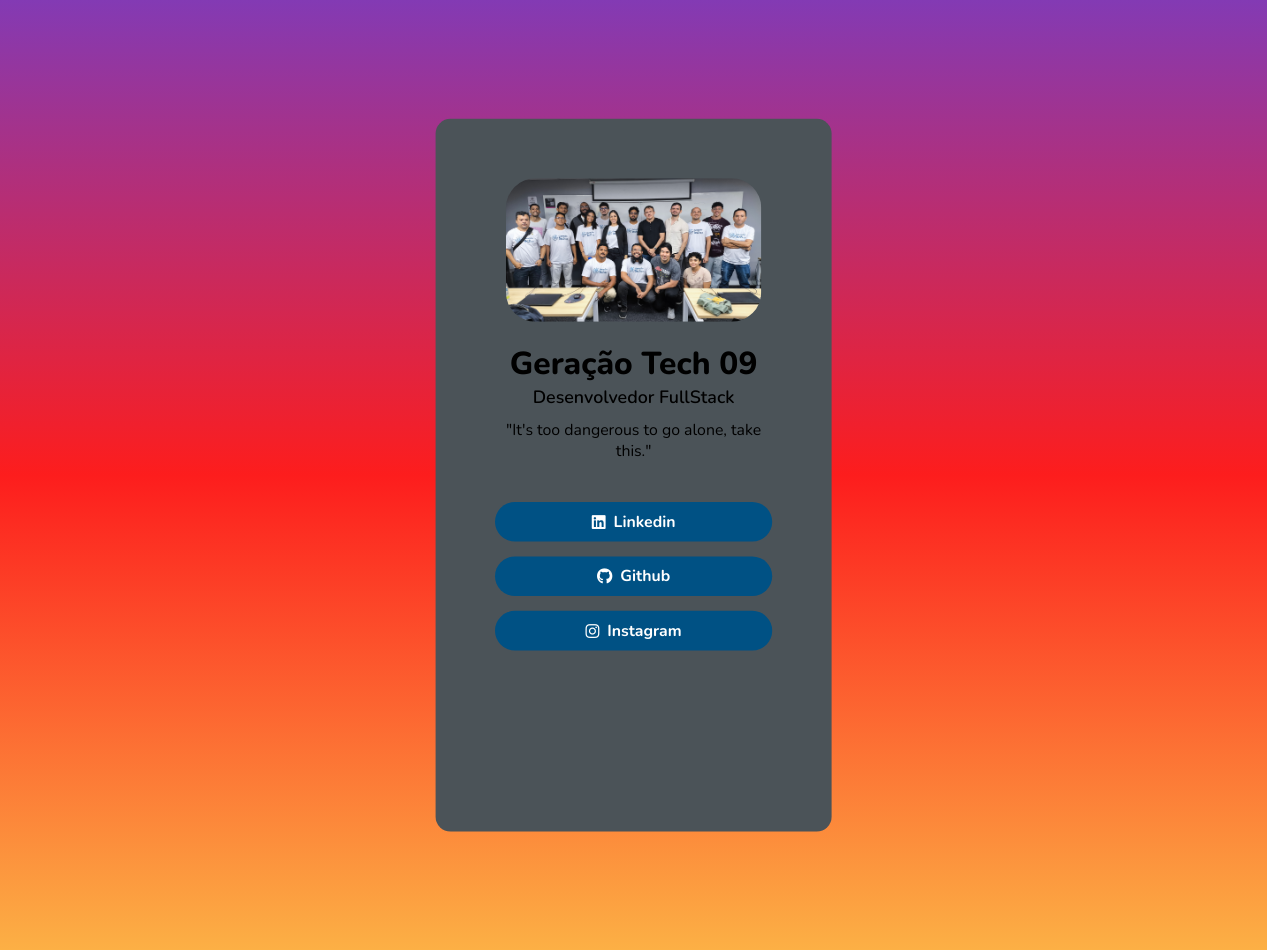
Repository: geracao-09/linktree-gt9
Page: index.html
These files come from the project's save history. The page is drawn as it stood at one moment and after the next save; the edit follows.
The browser window is 1280 px wide. The pictures show the whole page, at 99% of full size.

Above is the page before, as saved 2025-04-11 11:27:08.

After the next save:
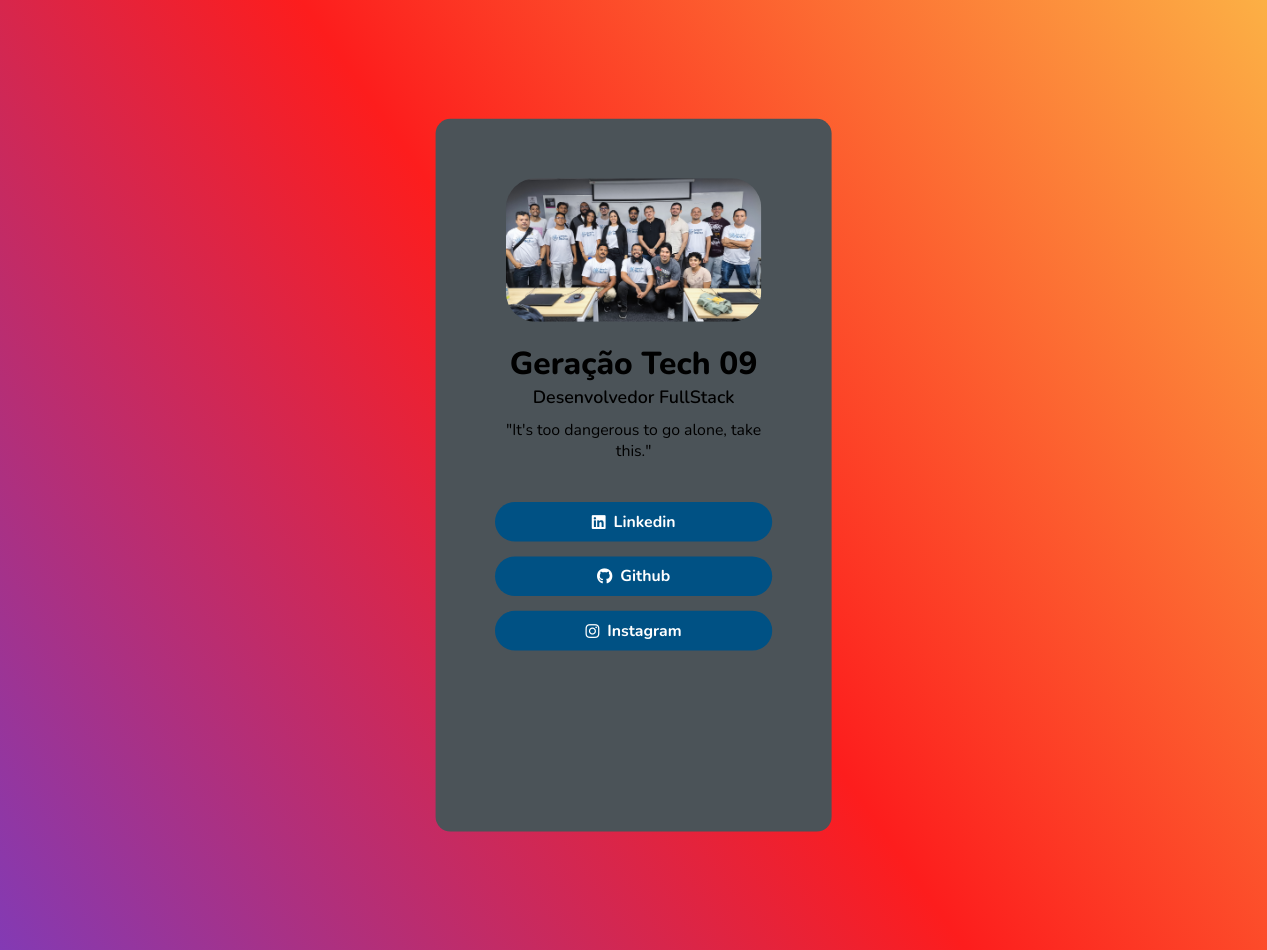
Saved 29 s later.
--- a/style.css
+++ b/style.css
@@ -6,7 +6,7 @@
 }
 
 body {
-  background:linear-gradient(#833AB4, #FD1D1D, #FCB045);
+  background: linear-gradient(55deg,rgba(131, 58, 180, 1) 0%, rgba(253, 29, 29, 1) 50%, rgba(252, 176, 69, 1) 100%);
 }
 
 @keyframes gradientShift {
